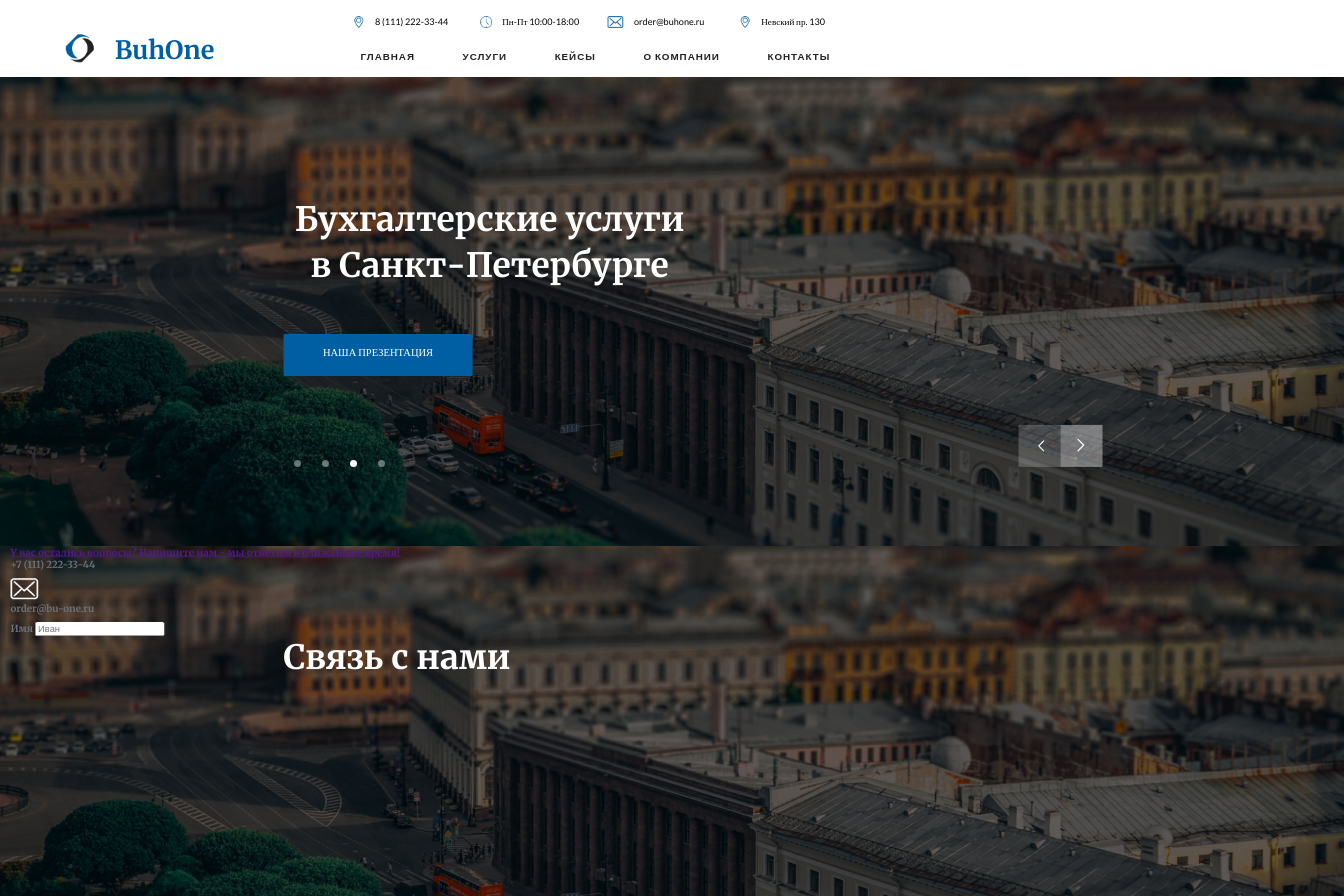
Repository: ZetsubouBilly/test
Page: index.html
These files come from the project's save history. The page is drawn as it stood at one moment and after the next save; the edit follows.
The browser window is 1280 px wide. The page is 1920 px wide, so the pictures cover 1920 px, including what lies to the right of the window. The pictures show the part of the page from y = 0 to 1280 px (the page is 1785 px tall), at 70% of full size.

Above is the page before, as saved 2023-05-13 15:46:53.

### index.html
<!DOCTYPE html>
<html lang="ru">
  <head>
    <meta charset="UTF-8" />
    <meta
      name="viewport"
      content="width=device-width, initial-scale=1.0, minimum-scale=1.0, maximum-scale=1.0"
    />
    <link rel="preconnect" href="https://fonts.gstatic.com" />
    <link rel="preconnect" href="https://fonts.googleapis.com" />
    <link rel="preconnect" href="https://fonts.gstatic.com" crossorigin />
    <link
      href="https://fonts.googleapis.com/css2?family=Lato:wght@300;400;700&family=Merriweather:wght@700;900&display=swap"
      rel="stylesheet"
    />
    <link
      rel="stylesheet"
      type="text/css"
      href="https://cdn.jsdelivr.net/npm/slick-carousel@1.8.1/slick/slick.css"
    />
    <link rel="stylesheet" href="css/style.css" />

    <meta name="description" content="Описание страницы" />
    <meta name="google" content="notranslate" />
    <meta name="keywords" content="создаие сайтов, верстка сайтов" />

    <title>BuhOne</title>

    <script src="https://cdnjs.cloudflare.com/ajax/libs/jquery/3.5.1/jquery.min.js"></script>
  </head>
  <body>
    <!-- Header -->

    <header class="header" id="header">
      <div class="header__inner">
        <div class="header__inner_l">
          <div class="header__logo">
            <img src="img/logo.png" alt="" />
            <p class="header__logo_name">BuhOne</p>
          </div>
        </div>
        <div class="header__inner_r">
          <div class="top-line">
            <div class="top-line_info">
              <img class="top-line_info_img" src="img/placeholder.png" alt="" />
              <p class="top-line_info_text">8 (111) 222-33-44</p>
            </div>
            <div class="top-line_info">
              <img class="top-line_info_img" src="img/time.png" alt="" />
              <p class="top-line_info_text">Пн-Пт 10:00-18:00</p>
            </div>
            <div class="top-line_info">
              <img class="top-line_info_img" src="img/Frame.png" alt="" />
              <p class="top-line_info_text">order@buhone.ru</p>
            </div>
            <div class="top-line_info">
              <img class="top-line_info_img" src="img/placeholder.png" alt="" />
              <p class="top-line_info_text">Невский пр. 130</p>
            </div>
          </div>
          <nav class="nav" id="nav">
            <a class="nav__link" href="#" data-scroll="#features">Главная</a>
            <a class="nav__link" href="#" data-scroll="#works">Услуги</a>
            <a class="nav__link" href="#" data-scroll="#team">Кейсы</a>
            <a class="nav__link" href="#" data-scroll="#reviews">О компании</a>
            <a class="nav__link" href="#" data-scroll="#download">Контакты</a>
          </nav>
        </div>

        <button class="burger" type="button" id="navToggle">
          <span class="burger__item">Menu</span>
        </button>
      </div>
    </header>

    <!-- Intro -->

    <div class="intro" id="intro">
      <div class="container">
        <div class="intro__inner">
          <h1 class="intro__title">Бухгалтерские услуги в Санкт-Петербурге</h1>

          <a class="btn btn--blue" href="">Наша презентация</a>
          <div class="slider__controls">
            <div class="slider__controls_dot"></div>
            <div class="slider__controls_dot"></div>
            <div class="slider__controls_dot active"></div>
            <div class="slider__controls_dot"></div>
          </div>

          <div class="slider_btn">
            <div class="slider__button slider__button-prev"></div>

            <svg
              width="9"
              height="60"
              stroke="white"
              viewBox="0 0 9 15"
              fill="white"
              xmlns="http://www.w3.org/2000/svg"
            >
              <path
                d="M1.56397 7.49961L8.33822 0.725363C8.50482 0.558757 8.50482 0.29156 8.33822 0.124954C8.17161 -0.0416514 7.90442 -0.0416514 7.73781 0.124954L0.661789 7.20097C0.495183 7.36758 0.495183 7.63478 0.661789 7.80138L7.73781 14.8743C7.81954 14.956 7.92956 15 8.03644 15C8.14332 15 8.25334 14.9591 8.33508 14.8743C8.50168 14.7077 8.50168 14.4405 8.33508 14.2739L1.56397 7.49961Z"
                fill="white"
              />
            </svg>
            <div class="slider__button slider__button-next active"></div>
            <svg
              width="67"
              height="60"
              stroke="white"
              viewBox="-33 -18 26 53"
              fill="none"
              xmlns="http://www.w3.org/2000/svg"
            >
              <path
                d="M7.43599 7.50039L0.661751 14.2746C0.495145 14.4412 0.495145 14.7084 0.661751 14.875C0.828356 15.0417 1.09555 15.0417 1.26216 14.875L8.33818 7.79903C8.50479 7.63242 8.50479 7.36522 8.33818 7.19862L1.26216 0.125741C1.18043 0.0440098 1.0704 6.46293e-07 0.963525 6.55637e-07C0.856646 6.6498e-07 0.746623 0.0408666 0.664892 0.125741C0.498287 0.292346 0.498287 0.559543 0.664892 0.726148L7.43599 7.50039Z"
                fill="white"
              ></path>
            </svg>
          </div>
        </div>
      </div>
    </div>

    <div class="contact" id="">
      <div class="container">
        <div class="contact_all">
          <div class="contact_l">
            <h1 class="contact__title">Связь с нами</h1>
            <a href="" class="contact__question"
              >У вас остались вопросы? Напишите нам - мы ответим в ближайшее
              время!</a
            >

            <div class="contact_l_footer">
              <p class="contact_phone">+7 (111) 222-33-44</p>
              <div class="contact_flex_email">
                <img src="img/letter.png" alt="" />
                <p class="contact_email">order@bu-one.ru</p>
              </div>
            </div>
          </div>
          <div class="contact_r">
            <form class="contact_form" action="">
                <div class="contact_r_header">

                </div>
                <label class="contact_label" for="">Имя</label>
                <input type="text" placeholder="Иван">
            </form>
          </div>
        </div>
      </div>
    </div>

    <!-- Testimonials

<div class="reviews" id="reviews">
    <div class="container">

        <div class="reviews__slider" id="reviewsSlider">
            <div class="slick-item">
             <div class="reviews__item">
                 <div class="reviews__photo">
                     <img class="reviews__img" src="img/reviews/review-1.jpg" alt="">
                 </div>
                 <div class="reviews__content">
                        <div class="reviews__text">“Integer posuere erat a ante venenatis dapibus posuere velit aliquet. Donec sed odio dui. Aenean eu leo quam...”</div>
                       <div class="reviews__author">Susan Sims, Interaction Designer at XYZ</div>
                 </div>
                </div>
            </div>

                <div class="slick-item">
                <div class="reviews__item">
                    <div class="reviews__photo">
                        <img class="reviews__img" src="img/reviews/review-1.jpg" alt="">
                    </div>
                    <div class="reviews__content">
                           <div class="reviews__text">"Lorem ipsum dolor sit amet consectetur, adipisicing elit. Maiores, tempore velit, debitis quasi doloribus vero natus sint ratione temporibus fugiat voluptatum nesciunt modi. Adipisci aliquid voluptatem magni laborum, facilis nisi".</div>
                          <div class="reviews__author">Susan Sims, Interaction Designer at XYZ</div>
                    </div>
                   </div>
                </div>
            </div>
        </div>

    </div>
</div> <!-- /reviews -->
    -->

    <!-- Footer -->

    <footer class="footer">
      <div class="container">
        <div class="footer__inner">
          <div class="footer__block">
            <h4 class="footer__title">Location</h4>
            <address class="footer__adress">
              <div>3481 Melrose Place</div>
              <div>Beverly Hills, CA 90210</div>
            </address>
          </div>

          <div class="footer__block">
            <h4 class="footer__title">Share with Love</h4>
            <div class="social social--footer">
              <a class="social__item" href="" target="_blank">
                <svg class="social__icon">
                  <use xlink:href="#facebook"></use>
                </svg>
              </a>

              <a class="social__item" href="" target="_blank">
                <svg class="social__icon">
                  <use xlink:href="#twitter"></use>
                </svg>
              </a>

              <a class="social__item" href="" target="_blank">
                <svg class="social__icon">
                  <use xlink:href="#linkedin"></use>
                </svg>
              </a>
            </div>
          </div>
          <!-- /footer__block__social -->

          <div class="footer__block">
            <h4 class="footer__title">About ActiveBox</h4>
            <div class="footer__text">
              <p>
                Cras justo odio, dapibus ac facilisis in, egestas eget quam.
                Donec ullamcorper nulla non metus auctor fringilla.
              </p>
            </div>
          </div>
        </div>
        <!-- /footer__inner -->
      </div>
      <!-- /container -->

      <div class="copyright">
        <div class="container">
          <div class="copyright__text">
            <div>Copyright © 2015 ActiveBox. All Rights Reserved</div>
            <div>Made <span>by Kamal Chaneman</span></div>
          </div>
        </div>
      </div>
    </footer>

    <!-- Javascript -->
    <script src="https://cdn.jsdelivr.net/npm/slick-carousel@1.8.1/slick/slick.min.js"></script>
    <script src="js/app.js"></script>
  </body>
</html>

### css/style.css
body {
  margin: 0;

  font-family: "Merriweather", sans-serif;
  font-size: 14px;
  color: #6c7279;
  -webkit-font-smoothing: antialiased;

  background-color: #fff;
}

*,
*:before,
*:after {
  box-sizing: border-box; /* алгоритм подсчета размеров с учетом padding и границ. */
}

h1,
h2,
h3,
h4,
h5,
h6 {
  margin: 0;
}

p {
  margin: 0 0 10px;
}

/* Container
==================== */

.container {
  width: 100%;
  max-width: 1920px;
  margin: 0 auto;
  padding: 0 15px;
}

/* Header
==================== */

.header {
  /* position: absolute; */
  width: 100%;
  height: 73px;
  height: 110px;
  /* left: 50%; */
  /* top: 6.52px; */
  /* margin-left: -560px; */
  background-color: #fff;
}

.header.fixed {
  height: auto;

  position: fixed; /* фиксируем шапку при скроле*/

  background-color: #fff;
}

.header.fixed .header__inner {
  padding-top: 15px;
  padding-bottom: 15px;

  border-bottom: 0;
}

.header__inner {
  display: flex;
  justify-content: space-around;
  align-items: center;
  max-width: 1116px;
  /* padding: 35px 0; */

  /* border-bottom: 1px solid #4d5066; */
  margin: 0 auto;
}
.header__inner_l {
  margin-right: 185px;
}
.header__inner_r {
  display: flex;
  flex-direction: column;
  width: 671px;
}

.header__logo {
  display: flex;
  align-items: flex-start;
  justify-content: space-between;
  max-width: 260px;
  padding-top: 33px;
}
.header__logo_name {
  font-size: 36px;
  margin-left: 30px;
  color: #005fa3;
}

/* Top-line
==================== */

.top-line {
  display: flex;
  padding: 23px 0px 0px 40px;
  justify-content: center;
  margin-bottom: 22px;
  width: 671px;
}
.top-line_info {
  display: flex;
  margin-right: 40px;
}
.top-line_info_img {
  margin-right: 15px;
  max-width: 23px;
  height: 17px;
}
.top-line_info_text {
  font-family: "Lato";
  font-style: normal;
  font-weight: 400;
  font-size: 13px;
  line-height: 17px;
  width: 110px;

  color: #000000;
}

/* Nav
==================== */

.nav {
  display: flex;
  font-size: 13px;
  font-weight: 700;
  text-transform: uppercase;
  width: 671px;
  justify-content: space-between;
  margin-bottom: 31px;
}

.nav__link {
  font-family: "Lato", sans-serif;
  font-style: normal;
  font-weight: 700;
  font-size: 14px;
  line-height: 17px;

  letter-spacing: 0.1em;
  text-transform: uppercase;

  color: #222222;
  text-decoration: none;
}
.nav__link:first-child {
  margin-left: 0;
}

.nav__link:hover {
  opacity: 1;
}

/* Intro
==================== */

.intro {
  /* position: absolute; */
  width: 1920px;
  height: 670px;
  /* left: 0px;
    top: 110px; */

  /* background-size: cover; */
  background: linear-gradient(0deg, rgba(0, 0, 0, 0.6), rgba(0, 0, 0, 0.6)),
    url("../img/Rectangle.png") no-repeat;
}

.intro__inner {
  width: 100%;
  max-width: 1920px;
  margin: 0 auto;
  text-align: center;
}

.intro__title {
  position: absolute;
  width: 589px;
  height: 117px;
  left: 405px;
  top: 280px;

  /* h1 */

  font-family: "Merriweather";
  font-style: normal;
  font-weight: 700;
  font-size: 48px;
  line-height: 66px;

  color: #ffffff;
}

.intro__subtitle {
  margin-bottom: 60px;
  font-size: 22px;
  color: #fff;
  line-height: 1.5;
  font-weight: 400;
}

/* Button
==================== */

.btn {
  display: inline-block;
  vertical-align: top;
  padding: 14px 40px;

  border-radius: 2px;
  border: 0;
  cursor: pointer;

  font-family: "Lato";
  font-style: normal;
  font-weight: 400;
  font-size: 15px;
  line-height: 25px;
  text-align: center;

  color: #fff;

  text-transform: uppercase;
  text-decoration: none;

  transition: background 0.1s linear;
}

.btn--blue {
  position: absolute;
  width: 270px;
  height: 60px;
  left: 405px;
  top: 477px;

  background: #005fa3;
}


/* Slider Controls
==================== */
.slider__controls {
  position: absolute;
  width: 160px;
  height: 10px;
  left: 405px;
  top: 657px;
  display: flex;
  justify-content: space-around;
}

.slider__controls_dot {
  /* position: absolute; */
  width: 10px;
  height: 10px;
  /* left: 555px; */
  /* top: 657px; */
  border-radius: 50%;

  background: #ffffff;
  opacity: 0.4;
}
.slider__controls_dot.active {
  opacity: 1;
}

.slider_btn {
  position: absolute;

  left: 1455px;
  top: 607px;
  display: flex;
}
.slider__button {
    position: relative;
  width: 60px;
  height: 60px;
  background-color: #fff;
  opacity: 0.2;
}
 svg {
    position: absolute;
    left: 23.58%;
    right: 23.58%;
    top: 0%;
    bottom: 0%;
    opacity: 1;
  }
.slider__button-prev {
    position: relative;
  /* background: #ffffff; */
  /* opacity: 0.2; */

}


.slider__button-next.active {
    position: relative;
  background: #ffffff;
  opacity: 0.4;
}
/* .slider__button-next img{
    position: absolute;
    left: 76.42%;
    right: -29.26%;
    top: 100%;
    bottom: -100%;

    transform: rotate(180deg);
} */

/* Cpntact
==================== */
.contact {
    position: relative;
    width: 1920px;
    height: 670px;
    /* left: 0px;
      top: 110px; */

    /* background-size: cover; */
    background: linear-gradient(0deg, rgba(0, 0, 0, 0.6), rgba(0, 0, 0, 0.6)),
      url("../img/Rectangle.png") no-repeat;
  }
.contact__title {
    position: absolute;
    width: 589px;
    height: 117px;
    left: 405px;
    top: 125px;

    /* h1 */

    font-family: "Merriweather";
    font-style: normal;
    font-weight: 700;
    font-size: 48px;
    line-height: 66px;

    color: #ffffff;
}

.features {
  display: flex;
  flex-wrap: wrap;
  margin: 95px 0;
}

.features__item {
  width: 33.33333%;
  padding: 0 40px;
  text-align: center;
  margin: 25px 0;
}

.features__icon {
  margin-bottom: 25px;
}

.features__title {
  margin-bottom: 20px;
  font-size: 14px;

  color: #2d3033;
  font-weight: 700;
  text-transform: uppercase;
}

.features__text {
  font-size: 14px;
  line-height: 1.5;
  color: #6c7279;
}

/* Works
===================*/

.works {
  display: flex;
  flex-wrap: wrap;
}

.works__item {
  width: 25%;
  height: 350px;
  border-bottom: 1px solid #fff;
  border-right: 1px solid #fff;

  position: relative;
  overflow: hidden;
}
.works__item:hover .works__content {
  opacity: 1;
}

.works__photo {
  min-width: 100%;
  position: absolute;
  top: 50%;
  left: 50%;
  z-index: 1;

  transform: translate3d(-50%, -50%, 0);
}

.works__content {
  display: flex;
  flex-direction: column;
  justify-content: center;
  width: 100%;
  height: 100%;
  opacity: 0;

  text-align: center;

  background-color: rgba(232, 69, 69, 0.9);

  position: absolute;
  top: 0;
  left: 0;
  z-index: 2;
  transition: opacity 0.2s linear;
}

.works__title {
  margin-bottom: 5px;

  font-size: 14px;
  font-weight: 700;
  color: #fff;
  text-transform: uppercase;
}

.works__text {
  font-size: 14px;
  color: #fff;
}

/* Team
==================*/

.team {
  margin: 100px 0;
}

.team__inner {
  display: flex;
  flex-wrap: wrap;
  margin: 0 -15px;
}

.team__item {
  width: 25%;
  padding: 0 15px;
  margin-bottom: 30px;
}

.team__photo {
  display: block;
  min-width: 100%;
  height: auto;
  margin-bottom: 20px;
}

.team__name {
  margin-bottom: 8px;

  font-size: 25px;
  color: #2d3033;
}

.team__prof {
  margin-bottom: 15px;

  font-size: 13px;
  color: #e84545;
  text-transform: uppercase;
}

.team__text {
  margin-bottom: 20px;

  font-size: 14px;
  line-height: 1.5;
  color: #6c7279;
}

/* Social
==================*/

.social {
  display: flex;
}

.social--footer {
  justify-content: center;
}

.social__item {
  display: flex;
  justify-content: center;
  align-items: center;
  width: 40px;
  height: 40px;
  margin-right: 4px;

  background-color: #fff;
  border: 1px solid #e8ecee;

  transition: background 0.1s linear;
}
.social__item:hover {
  background-color: #e8ecee;
}

.social__item:hover .social__icon {
  fill: #000;
}

.social--footer .social__item {
  background-color: transparent;
  border-width: 2px;
  border-color: #fff;
  border-radius: 2px;
}

.social--footer .social__item:hover {
  background-color: #fff;
}

.social__icon {
  display: block;
  height: 18px;
  fill: #c6cacc;

  transition: fill 0.1s linear;
}

.social--footer .social__icon {
  fill: #fff;
}

/* reviews
==================*/

.reviews {
  overflow: hidden;
  background-color: #53354a;
}

.reviews__slider {
  height: 500px;
  overflow: hidden;
}

.reviews__slider.slick-initialized {
  height: auto;
}

.reviews__item {
  display: flex;
  flex-wrap: wrap;
  overflow: hidden;
}

.reviews__photo {
  width: 50%;
  height: 500px;
  position: relative;
}

.reviews__img {
  position: absolute;
  top: 50%;
  right: 0;
  z-index: 1;

  transform: translateY(-50%);
}

.reviews__content {
  display: flex;
  flex-direction: column;
  justify-content: center;
  width: 50%;
  padding-left: 80px;
}

.reviews__text {
  margin-bottom: 25px;

  font-family: "Cardo", sans-serif;
  font-style: italic;
  font-size: 36px;
  line-height: 1.2;
  color: #fff;
}

.reviews__author {
  font-size: 13px;
  font-weight: 700;
  text-transform: uppercase;
  color: #fff;
}

.slick-dots {
  display: flex;
  justify-content: center;
  margin: 0;
  padding: 0 0 10px;
  list-style: none;
  width: 50%;

  position: absolute;
  bottom: 0;
  right: 0;
  z-index: 2;
}
.slick-dots li {
  margin: 0 5px;
}

.slick-dots button {
  width: 15px;
  height: 15px;
  padding: 0;

  background: #fff;
  border-radius: 50%;
  border: 0;
  opacity: 0.5;
  cursor: pointer;

  font-size: 0;
  color: transparent;
}

.slick-dots button:focus {
  outline: 0;
}

.slick-dots .slick-active button {
  opacity: 1;
}

/* Download
==================*/

.download {
  margin: 90px 0;

  text-align: center;
}

.download__title {
  margin-bottom: 10px;

  font-size: 28px;
  color: #2d3033;
  font-weight: 300;
}

.download__text {
  margin-bottom: 30px;

  font-size: 13px;
  color: #2d3033;
  font-weight: 700;

  text-transform: uppercase;
}

/* Features
==================== */

.footer {
  background-color: #3a3e64;
}

.footer__inner {
  padding: 70px 0;

  display: flex;
  flex-wrap: wrap;
}

.footer__block {
  width: 33.33333%;
  padding: 0 15px;

  text-align: center;
}

.footer__title {
  margin-bottom: 10px;

  font-size: 14px;
  font-weight: 700;
  color: #fff;
  text-transform: uppercase;
}

.footer__adress {
  font-size: 14px;
  line-height: 1.5;
  font-style: normal;
  color: rgba(255, 255, 255, 0.5);
}

.footer__text {
  font-size: 14px;
  line-height: 1.5;
  color: rgba(255, 255, 255, 0.5);
}

/* copyright
==================== */
.copyright {
  padding: 20px 0;
  background-color: #313454;
}

.copyright__text {
  text-align: center;
  font-size: 14px;
  color: #808080;
}

.copyright__text span {
  color: #fff;
}

/* Burger
==================== */
.burger {
  display: none;
  padding: 9px 2px;

  background: none;
  border: 0;
  cursor: pointer;
}

.burger__item {
  display: block;
  width: 30px;
  height: 3px;

  background-color: #fff;

  font-size: 0;
  color: transparent;

  position: relative;
}

.burger__item:before,
.burger__item:after {
  content: "";
  width: 100%;
  height: 100%;

  background-color: #fff;

  position: absolute;
  left: 0;
  z-index: 1;
}

.burger__item:before {
  top: -8px;
}

.burger__item:after {
  bottom: -8px;
}

/* Media
==================== */
@media (max-width: 1300px) {
  /* Works */
  .works__item {
    width: 50%;
  }
}

@media (max-width: 991px) {
  /* Nav  скрываем кнопки навигации при смене размера девайса*/
  .nav {
    display: none;
    flex-direction: column;
    background-color: #31344e;

    width: 100%;
    text-align: right;

    position: absolute;
    top: 100%;
    right: 0;
  }

  .nav.show {
    display: flex;
  }

  .nav__link {
    padding: 9px 15px;
  }

  /* Burger */
  .burger {
    display: block;
  }

  /* intro  меняем размер title под размер девайса*/
  .intro__title {
    font-size: 40px;
  }

  /* Features */
  .features__item {
    width: 50%;
  }

  /* Team */
  .team__item {
    width: 50%;

    text-align: center;
  }

  .team__photo {
    margin-left: auto;
    margin-right: auto;
  }

  /* Team */
  .social {
    justify-content: center;
  }

  /*Reviews */
  .reviews__photo {
    width: 100%;
    margin: 15px 0 40px;
    overflow: hidden;
  }

  .reviews__content {
    width: 100%;
    padding-left: 0;
    padding-bottom: 40px;
  }
}

@media (max-width: 767px) {
  .intro {
    height: auto;
    padding-top: 130px;
    padding-bottom: 30px;
  }

  .intro__title {
    font-size: 30px;
  }

  .intro__subtitle {
    margin-bottom: 30px;

    font-size: 16px;
  }

  /* Features */
  .features {
    margin: 40px 0;
  }

  .features__item {
    width: 100%;
    padding-left: 0;
    padding-right: 0;
  }

  /* Works */
  .works__item {
    width: 100%;
    height: 300px;
  }

  /* Team */
  .team {
    margin: 60px 0 30px;
  }
  .team__item {
    width: 100%;
  }

  /* Reviews */
  .reviews__text {
    font-size: 25px;
  }

  /* Btn */
  .btn--long {
    min-width: 260px;
  }

  /* Download */
  .download {
    margin: 50px 0;
  }

  .download__title {
    font-size: 24px;
  }

  /* Footer */
  .footer__inner {
    padding: 30px 0;
  }
  .footer__block {
    width: 100%;
    padding-left: 0;
    padding-right: 0;
    margin-bottom: 30px;
  }
  .footer__block:last-child {
    margin-bottom: 0;
  }
}

@media (max-width: 414px) {
  /*Reviews */
  .reviews__img {
    right: -100px;
  }
}

Loaded but not shown: js/app.js (82 lines, source omitted)

After the next save:
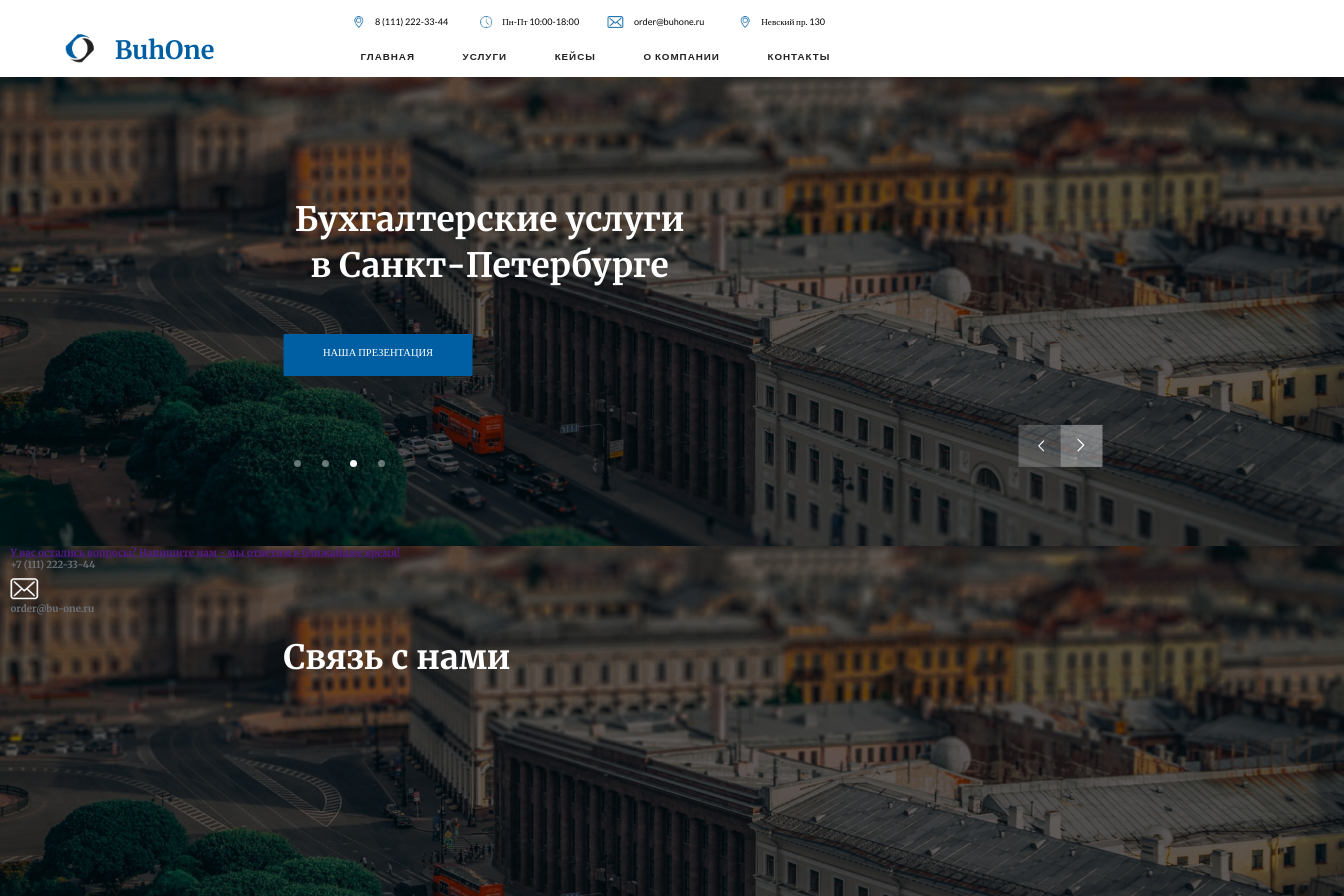
Saved 4 s later.
--- a/index.html
+++ b/index.html
@@ -146,8 +146,7 @@
                 <div class="contact_r_header">
 
                 </div>
-                <label class="contact_label" for="">Имя</label>
-                <input type="text" placeholder="Иван">
+
             </form>
           </div>
         </div>
